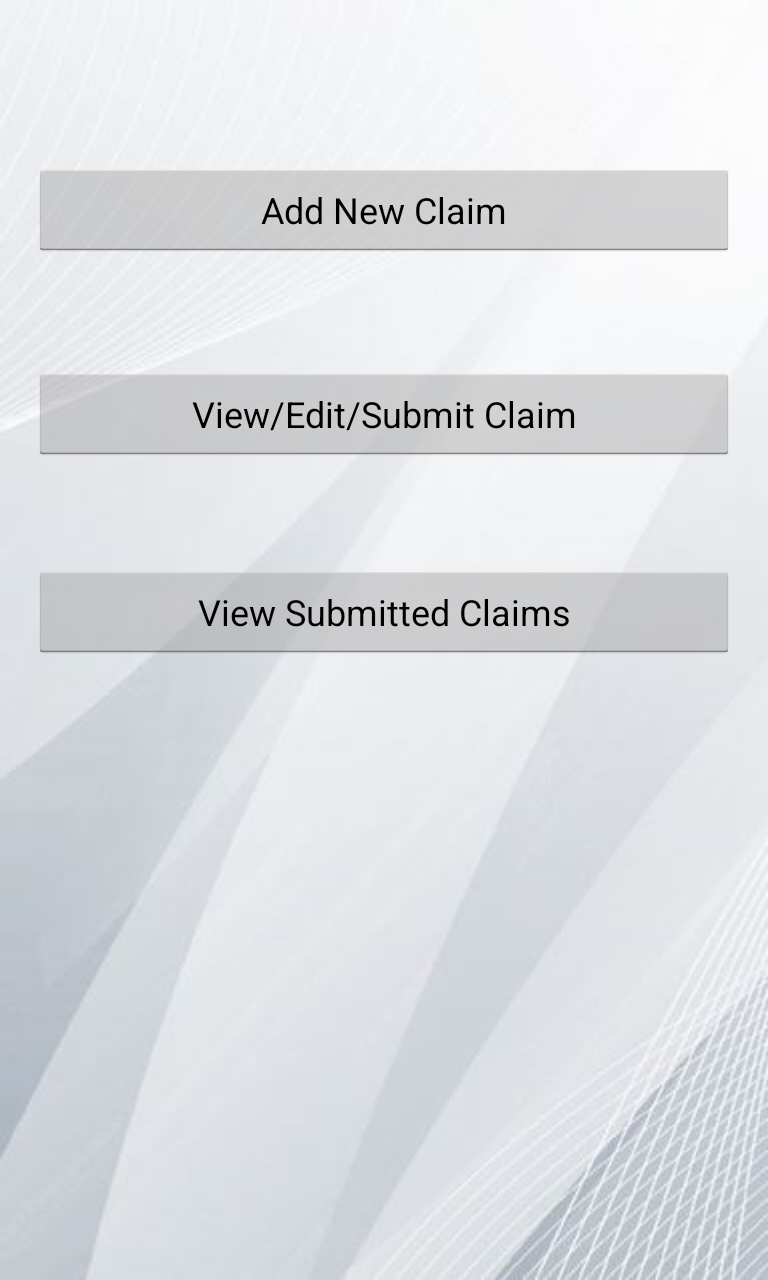
Repository: eorodrig/eorodrigTravelLogger
Layout: TravelLogger/res/layout/activity_main.xml
The author's editor kept a copy of each file at every save. The layout is drawn from the files as they stood at one save, then again after a run of saves.
It is drawn on a 768 x 1280 px phone screen (xhdpi) without system bars, with theme AppTheme; the app's code is not run.

Above is the layout before, as saved 2015-01-16 05:38:29.

### TravelLogger/res/layout/activity_main.xml
<RelativeLayout xmlns:android="http://schemas.android.com/apk/res/android"
    xmlns:tools="http://schemas.android.com/tools"
    android:id="@+id/MainMenuLayout"
    android:layout_width="match_parent"
    android:layout_height="match_parent"
    android:background="@drawable/bg"
    android:orientation="vertical"
    android:paddingBottom="@dimen/activity_vertical_margin"
    android:paddingLeft="@dimen/activity_horizontal_margin"
    android:paddingRight="@dimen/activity_horizontal_margin"
    android:paddingTop="@dimen/activity_vertical_margin"
    tools:context="com.example.travellogger.MainActivity" >

    <Button
        android:id="@+id/ViewSubmittedClaimsButton"
        android:layout_width="match_parent"
        android:layout_height="wrap_content"
        android:layout_alignLeft="@+id/ViewEditSubmitClaimButton"
        android:layout_below="@+id/ViewEditSubmitClaimButton"
        android:layout_marginTop="51dp"
        android:text="View Submitted Claims" />

    <Button
        android:id="@+id/MenuNewClaimButton"
        android:layout_width="match_parent"
        android:layout_height="wrap_content"
        android:layout_alignParentTop="true"
        android:layout_centerHorizontal="true"
        android:layout_marginTop="65dp"
        android:text="Add New Claim" />

    <Button
        android:id="@+id/ViewEditSubmitClaimButton"
        android:layout_width="match_parent"
        android:layout_height="wrap_content"
        android:layout_alignLeft="@+id/MenuNewClaimButton"
        android:layout_below="@+id/MenuNewClaimButton"
        android:layout_marginTop="54dp"
        android:text="View/Edit/Submit Claim" />

</RelativeLayout>

Loaded but not shown: TravelLogger/res/values/styles.xml (common file); TravelLogger/res/values-v11/styles.xml (common file); TravelLogger/res/values-v14/styles.xml (common file); TravelLogger/res/values/dimens.xml (common file); TravelLogger/res/values-w820dp/dimens.xml (common file)

After the next 2 saves:
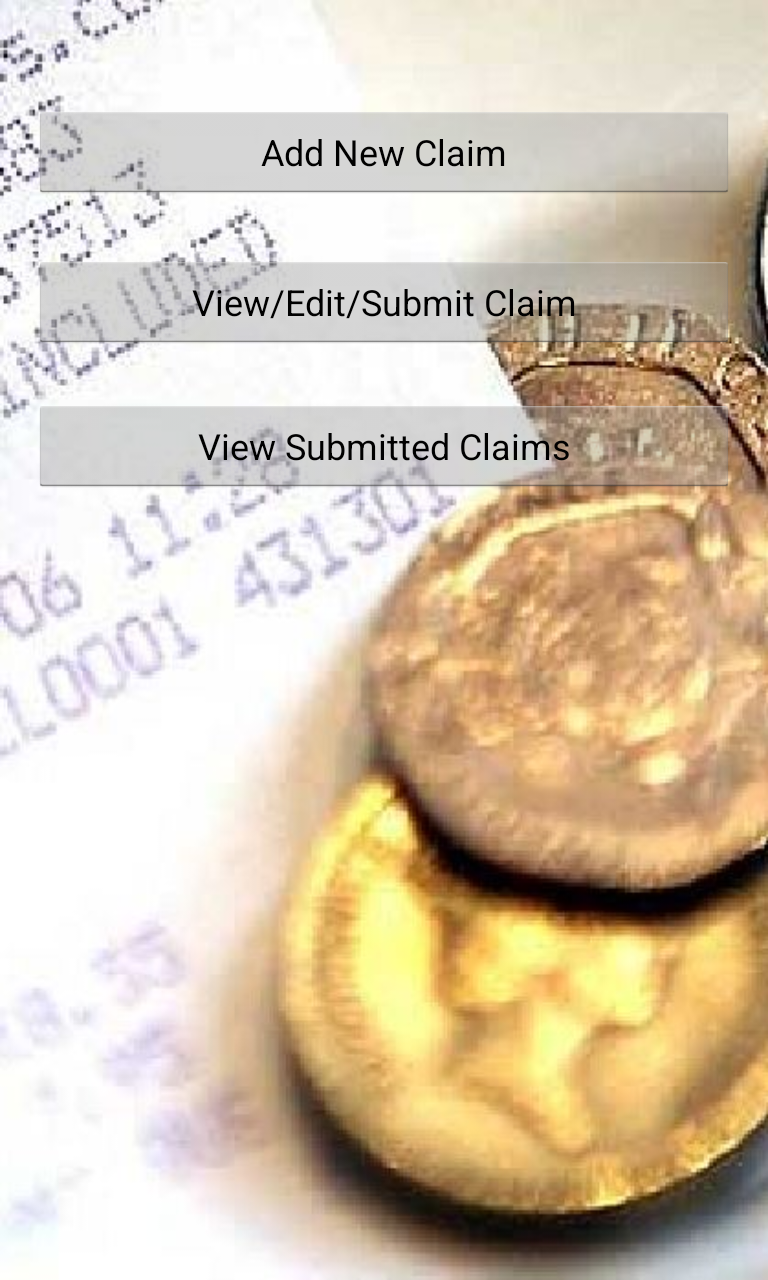
The 2 saves are shown as one change because 1 did not build or start.
The last was saved 66 s later.
--- a/TravelLogger/res/layout/activity_main.xml
+++ b/TravelLogger/res/layout/activity_main.xml
@@ -3,7 +3,7 @@
     android:id="@+id/MainMenuLayout"
     android:layout_width="match_parent"
     android:layout_height="match_parent"
-    android:background="@drawable/bg"
+    android:background="@drawable/servicecharge"
     android:orientation="vertical"
     android:paddingBottom="@dimen/activity_vertical_margin"
     android:paddingLeft="@dimen/activity_horizontal_margin"
@@ -12,12 +12,21 @@
     tools:context="com.example.travellogger.MainActivity" >
 
     <Button
+        android:id="@+id/ViewEditSubmitClaimButton"
+        android:layout_width="match_parent"
+        android:layout_height="wrap_content"
+        android:layout_alignLeft="@+id/MenuNewClaimButton"
+        android:layout_below="@+id/MenuNewClaimButton"
+        android:layout_marginTop="27dp"
+        android:text="View/Edit/Submit Claim" />
+
+    <Button
         android:id="@+id/ViewSubmittedClaimsButton"
         android:layout_width="match_parent"
         android:layout_height="wrap_content"
         android:layout_alignLeft="@+id/ViewEditSubmitClaimButton"
         android:layout_below="@+id/ViewEditSubmitClaimButton"
-        android:layout_marginTop="51dp"
+        android:layout_marginTop="24dp"
         android:text="View Submitted Claims" />
 
     <Button
@@ -26,16 +35,7 @@
         android:layout_height="wrap_content"
         android:layout_alignParentTop="true"
         android:layout_centerHorizontal="true"
-        android:layout_marginTop="65dp"
+        android:layout_marginTop="36dp"
         android:text="Add New Claim" />
 
-    <Button
-        android:id="@+id/ViewEditSubmitClaimButton"
-        android:layout_width="match_parent"
-        android:layout_height="wrap_content"
-        android:layout_alignLeft="@+id/MenuNewClaimButton"
-        android:layout_below="@+id/MenuNewClaimButton"
-        android:layout_marginTop="54dp"
-        android:text="View/Edit/Submit Claim" />
-
 </RelativeLayout>
